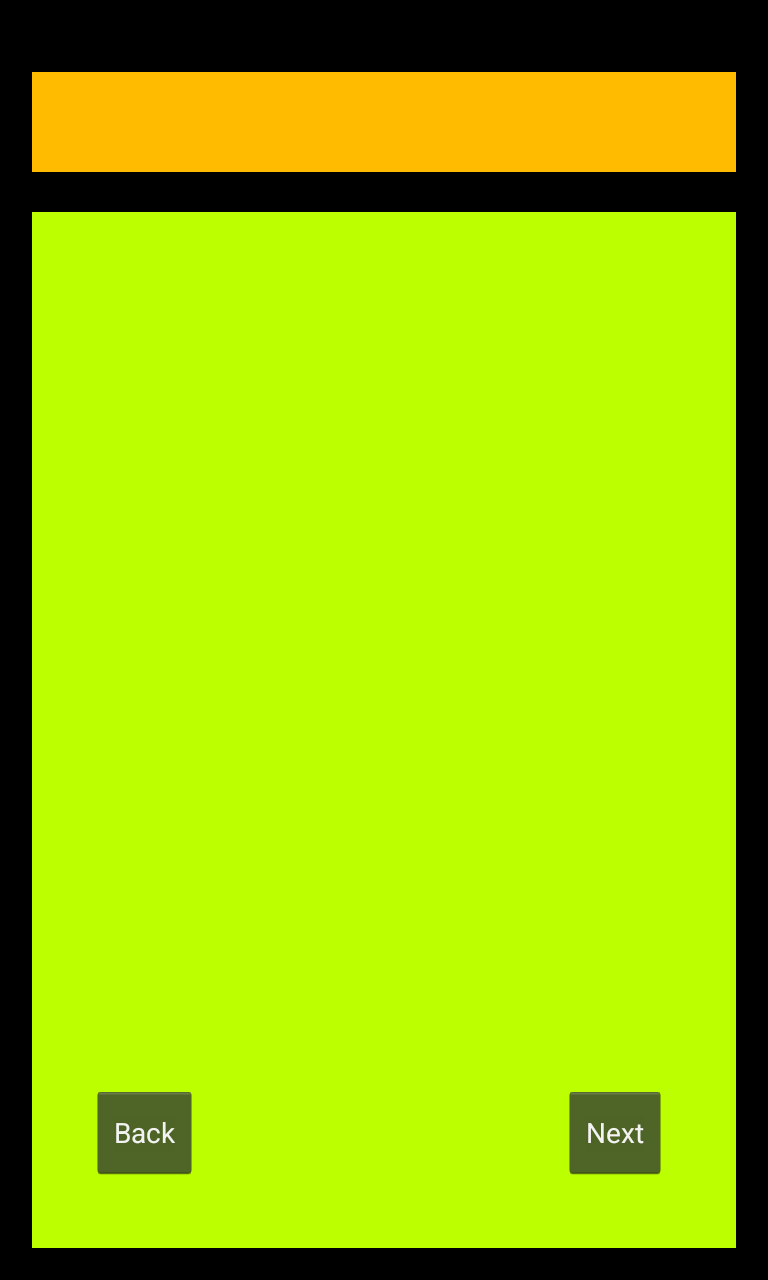
Repository: sbobhate/Android-Applications
Layout: Orient/res/layout/activity_instructions.xml
The author's editor kept a copy of each file at every save. The layout is drawn from the files as they stood at one save, then again after the next save.
It is drawn on a 768 x 1280 px phone screen (xhdpi) without system bars, with theme AppTheme; the app's code is not run.

Above is the layout before, as saved 2014-02-19 13:39:40.

After the next save:
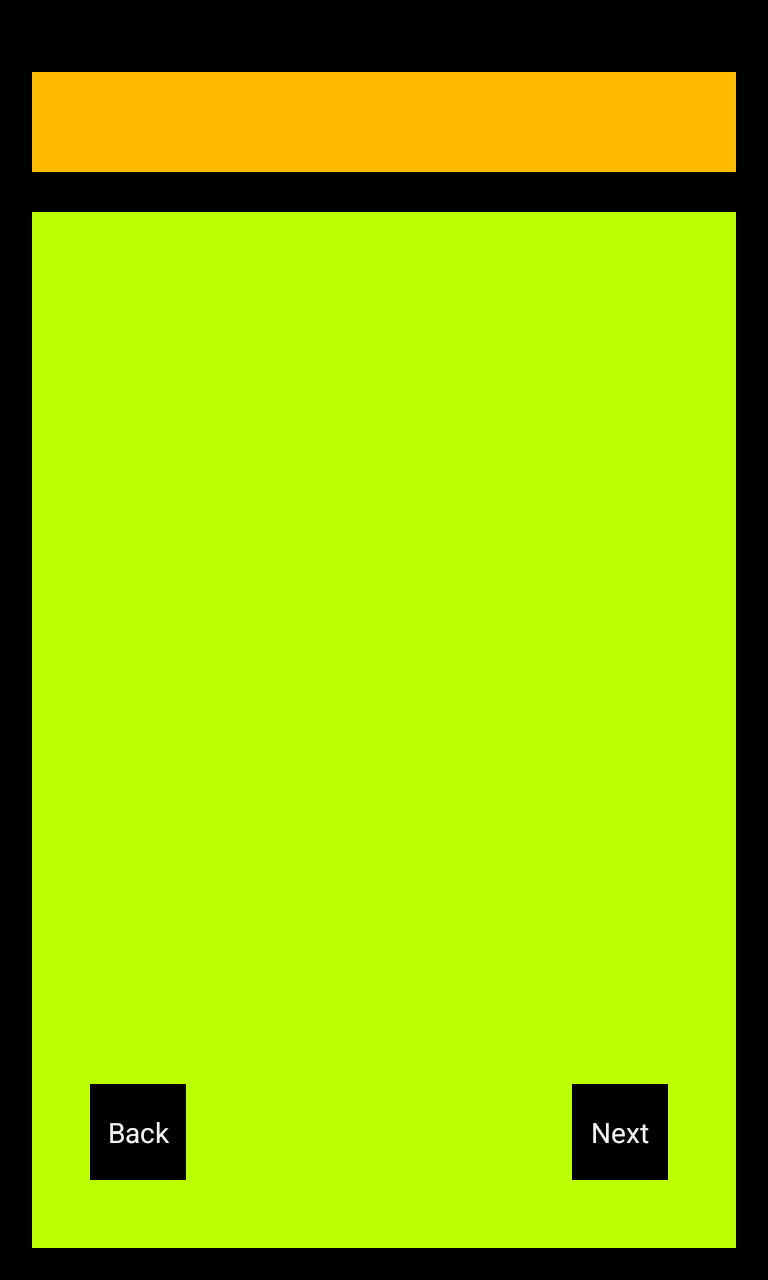
Saved 25 min 50 s later.
--- a/Orient/res/layout/activity_instructions.xml
+++ b/Orient/res/layout/activity_instructions.xml
@@ -53,6 +53,7 @@
         android:layout_marginBottom="34dp"
         android:layout_marginLeft="29dp"
         android:text="@string/back"
+        android:background="#000000"
         android:onClick="decrease" />
 
     <Button
@@ -65,6 +66,7 @@
         android:layout_alignParentRight="true"
         android:layout_marginRight="34dp"
         android:text="@string/next"
+        android:background="#000000"
         android:onClick="increase" />
 
 </RelativeLayout>
